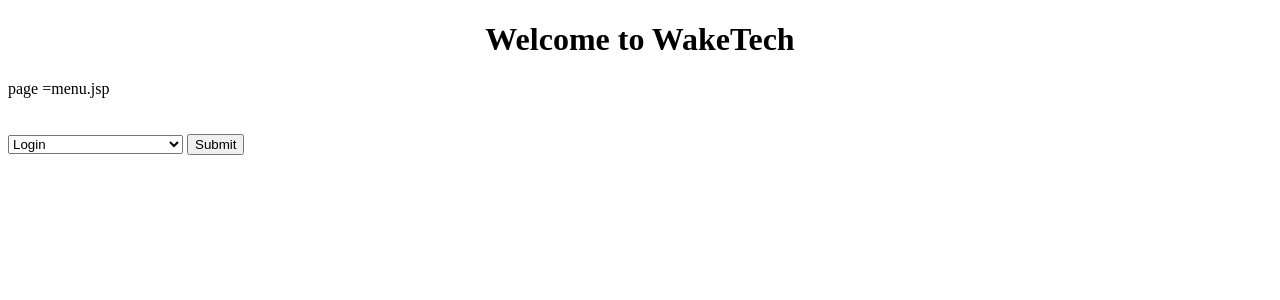
Repository: weshayutin/java258Online
Page: http://localhost/Week5Assignment2/menu.jsp
These files come from the project's save history. The page is drawn as it stood at one moment and after a run of saves; the edit follows.
The browser window is 1280 px wide. The pictures show the whole page.
The page is served by Tomcat 9. Other server files are loaded and not shown.

Above is the page before, as saved 2011-02-16 03:24:07.

### workspace/Week5Assignment2/WebContent/menu.jsp
<%@ page language="java" contentType="text/html; charset=UTF-8"
    pageEncoding="UTF-8"%>
<!DOCTYPE html PUBLIC "-//W3C//DTD HTML 4.01 Transitional//EN" "http://www.w3.org/TR/html4/loose.dtd">
<html>
<head>
<meta http-equiv="Content-Type" content="text/html; charset=UTF-8">
<title> Welcome to WakeTech</title>
<h1 align="center"> Welcome to WakeTech</h1>
</head>
<body>
<%

    session.setAttribute("page","menu.jsp");
	out.println("page ="+session.getAttribute("page"));
%>

<br><br><br>
<form method="GET" action="ValidateUser.do">
 <select name=mypage>
  <option value="login">Login</option>
  <option value="classcriteria">Search By Criteria</option>
  <option value="classdisplay">Search By Prefix</option>
  <option value="schedule">Display Student Schedule</option>
</select>

	 <input type="SUBMIT"/>



</form>


</body>
</html>

After the next 2 saves:
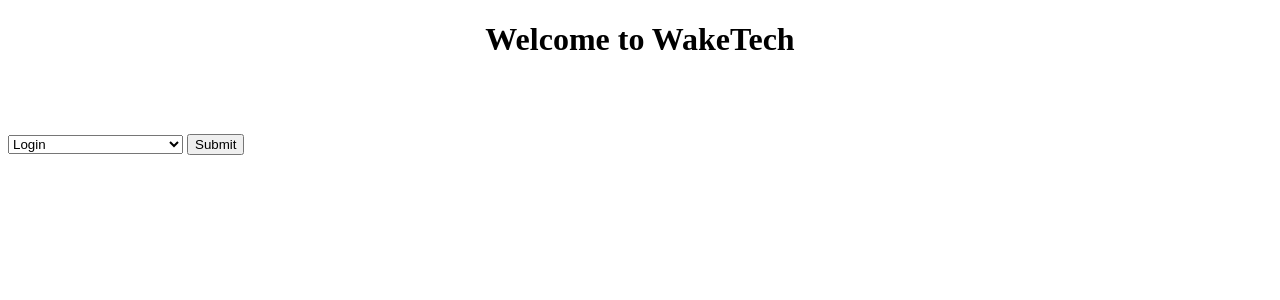
The 2 saves are shown as one change because 1 did not build or start.
The last was saved 92 s later.
--- a/workspace/Week5Assignment2/WebContent/menu.jsp
+++ b/workspace/Week5Assignment2/WebContent/menu.jsp
@@ -10,8 +10,7 @@
 <body>
 <%
 
-    session.setAttribute("page","menu.jsp");
-	out.println("page ="+session.getAttribute("page"));
+
 %>
 
 <br><br><br>
